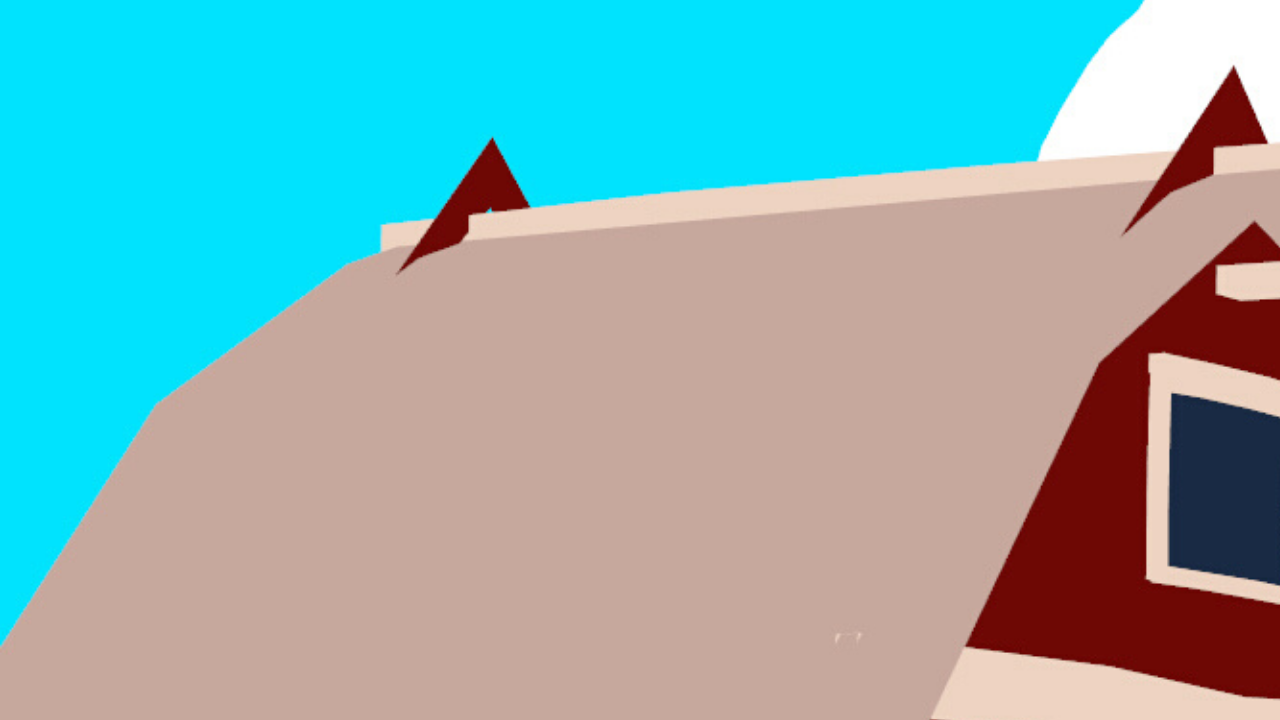
Repository: rumor1993/DreamCoding-Browser101
Page: Chapter07/index.html
The author's editor kept a copy of each file at every save. The page is drawn from the files as they stood at one save, then again after the next save.
The browser window is 1280 px wide. The pictures show the whole page.

Above is the page before, as saved 2021-01-01 01:43:53.

After the next save:
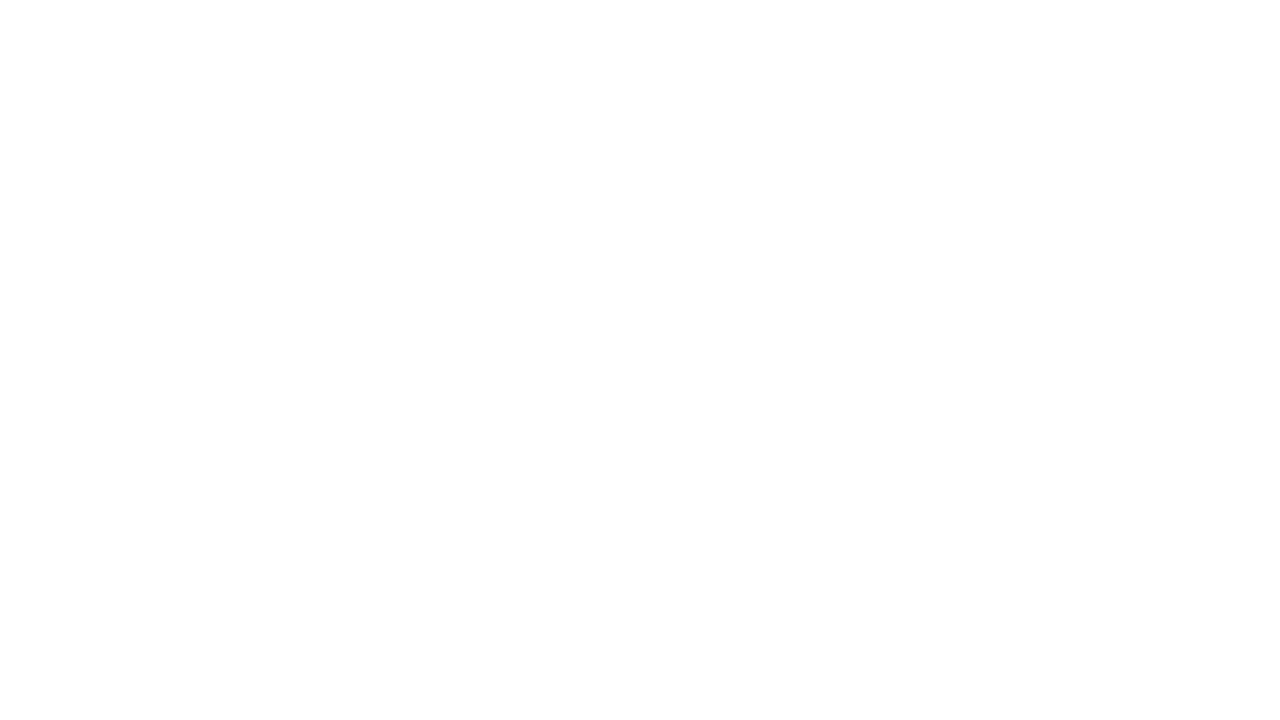
Saved 6 s later.
--- a/Chapter07/index.html
+++ b/Chapter07/index.html
@@ -5,7 +5,7 @@
     <meta name="viewport" content="width=device-width, initial-scale=1.0" />
     <title>Document</title>
     <style>
-      body {
+      .layout {
         background-image: url("carrot/img/background.png");
       }
     </style>

After the save that followed:
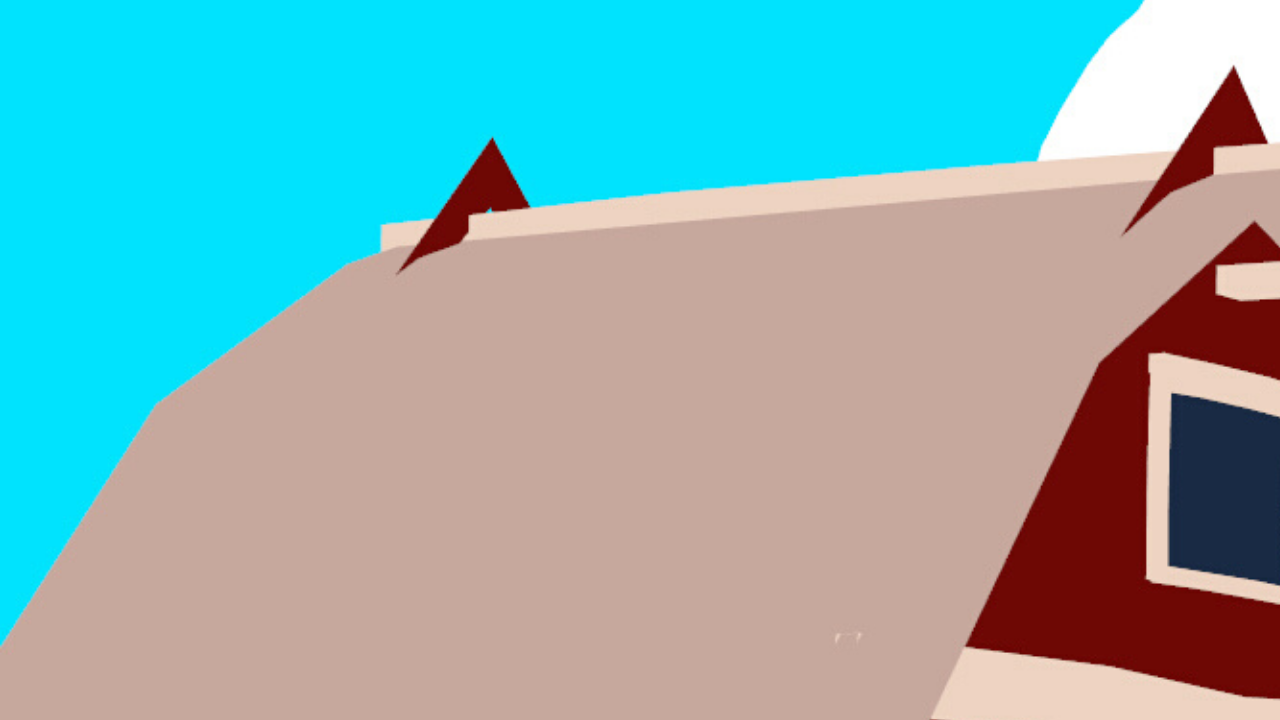
Saved 66 s later.
--- a/Chapter07/index.html
+++ b/Chapter07/index.html
@@ -5,18 +5,16 @@
     <meta name="viewport" content="width=device-width, initial-scale=1.0" />
     <title>Document</title>
     <style>
-      .layout {
+      body {
         background-image: url("carrot/img/background.png");
       }
     </style>
   </head>
   <body>
-    <section class="layout">
-      <div class="stop"></div>
-      <div class="timer"></div>
-      <div class="carrot-count"></div>
-      <div class="carrot"></div>
-      <div class="bug"></div>
-    </section>
+    <div class="stop"></div>
+    <div class="timer"></div>
+    <div class="carrot-count"></div>
+    <div class="carrot"></div>
+    <div class="bug"></div>
   </body>
 </html>
